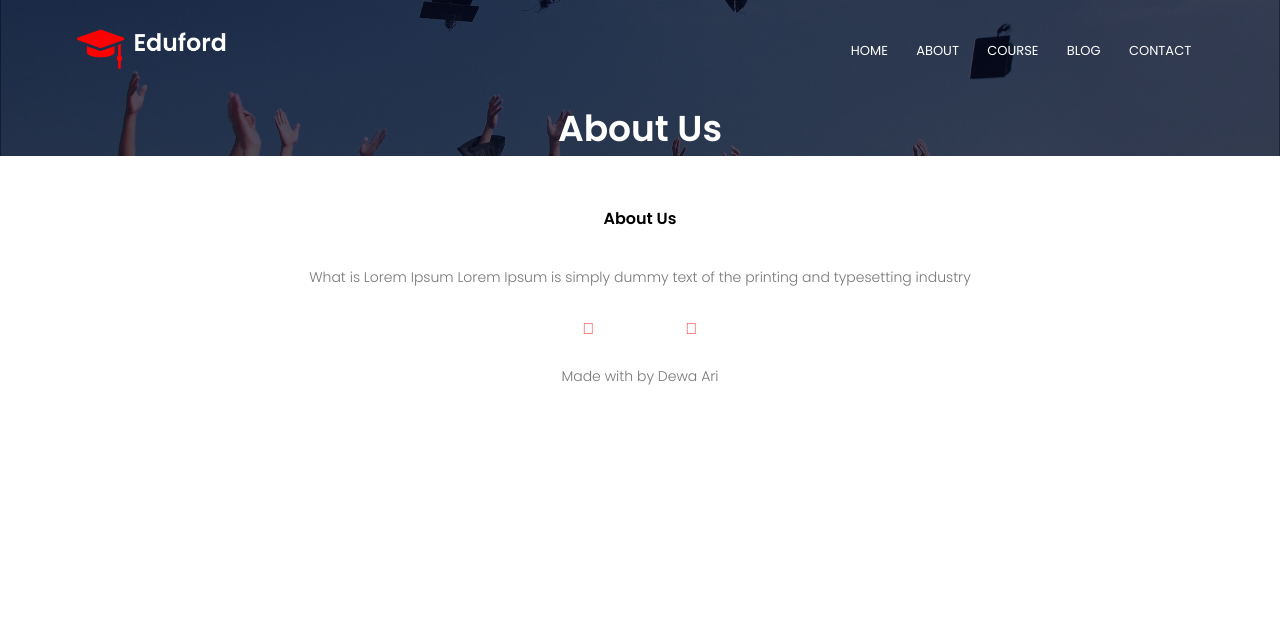
Repository: dewaary/company-profile
Page: about.html
An editor plug-in stored every save of this project. The page is shown before and after the next save, followed by the edit.
The browser window is 1280 px wide. The pictures show the whole page.

Above is the page before, as saved 2021-05-07 23:17:28.

### about.html
<!DOCTYPE html>
<html lang="en">

<head>
    <meta charset="UTF-8" />
    <meta http-equiv="X-UA-Compatible" content="IE=edge" />
    <meta name="viewport" content="width=device-width, initial-scale=1.0" />
    <title>University Website Design</title>
    <link rel="stylesheet" href="style.css" />
    <link rel="preconnect" href="https://fonts.gstatic.com" />
    <link href="https://fonts.googleapis.com/css2?family=Poppins:wght@200;300;400;600;700&display=swap"
        rel="stylesheet" />
    <link rel="stylesheet"
        href="https://cdn.jsdelivr.net/npm/@fortawesome/fontawesome-free@5.15.3/css/fontawesome.min.css" />
</head>

<body>
    <section class="sub-header">
        <nav>
            <a href="index.html"><img src="images/logo.png" /></a>
            <div class="nav-links" id="navLinks">
                <i class="fa fa-times" onclick="hideMenu()"></i>
                <ul>
                    <li><a href="">HOME</a></li>
                    <li><a href="">ABOUT</a></li>
                    <li><a href="">COURSE</a></li>
                    <li><a href="">BLOG</a></li>
                    <li><a href="">CONTACT</a></li>
                </ul>
            </div>
            <i class="fa fa-bars" onclick="showMenu()"></i>
        </nav>
        <h1>About Us</h1>
    </section>



    <section class="footer">
        <h4>About Us</h4>
        <p>
            What is Lorem Ipsum Lorem Ipsum is simply dummy text of the printing and
            typesetting industry
        </p>
        <div class="icons">
            <i class="fa fa-facebook"></i>
            <i class="fa fa-Twitter"></i>
            <i class="fa fa-Instagram"></i>
            <i class="fa fa-linkedin"></i>
        </div>
        <p>Made with <i class="fa fa-heart-0"></i>by Dewa Ari</p>
    </section>

    <!---- Javascript for Toggle Menu ---->
    <script>
        var navLinks = document.getElementById("navLinks");

        function showMenu() {
            navLinks.style.right = "0";
        }
        function hideMenu() {
            navLinks.style.right = "-200px";
        }
    </script>
</body>

</html>

### style.css
* {
  margin: 0;
  padding: 0;
  font-family: "Poppins", sans-serif;
}

.header {
  min-height: 100vh;
  width: 100%;
  background-image: linear-gradient(rgba(4, 9, 30, 0.7), rgba(4, 9, 30, 0.7)),
    url(images/banner.png);
  background-position: center;
  background-size: cover;
  position: relative;
}

nav {
  display: flex;
  padding: 2% 6%;
  justify-content: space-between;
  align-items: center;
}

nav img {
  width: 150px;
}

.nav-links {
  flex: 1;
  text-align: right;
}

.nav-links ul li {
  list-style: none;
  display: inline-block;
  padding: 8px 12px;
  position: relative;
}

.nav-links ul li a {
  color: #fff;
  text-decoration: none;
  font-size: 13px;
}

.nav-links ul li::after {
  content: "";
  width: 0%;
  height: 2px;
  background: #f44336;
  display: block;
  margin: auto;
  transition: 0.5s;
}

.nav-links ul li:hover::after {
  width: 100%;
}

.text-box {
  width: 90%;
  color: #fff;
  position: absolute;
  top: 50%;
  left: 50%;
  transform: translate(-50%, -50%);
  text-align: center;
}

.text-box h1 {
  font-size: 62px;
}

.text-box p {
  margin: 10px 0 40px;
  font-size: 14px;
  color: #fff;
}

.hero-btn {
  display: inline-block;
  text-decoration: none;
  color: #fff;
  border: 1px solid #fff;
  padding: 12px 34px;
  font-size: 13px;
  background: transparent;
  position: relative;
  cursor: pointer;
}

.hero-btn:hover {
  border: 1px solid #f44336;
  background: #f44336;
  transition: 1s;
}

nav .fa {
  display: none;
}

@media (max-width: 700px) {
  .text-box h1 {
    font-size: 20px;
  }

  .nav-links ul li {
    display: block;
  }
  .nav-links {
    position: absolute;
    background: #f44336;
    height: 100vh;
    width: 200px;
    top: 0;
    right: -200px;
    text-align: left;
    z-index: 2;
    transition: 1s;
  }

  nav .fa {
    display: block;
    color: #fff;
    margin: 10px;
    font-size: 22px;
    cursor: pointer;
  }

  .nav-links ul {
    padding: 30px;
  }
}

/*---- Course ------ */

.course {
  width: 80%;
  margin: auto;
  text-align: center;
  padding-top: 100px;
}

h1 {
  font-size: 36px;
  font-weight: 600;
}

p {
  color: #777;
  font-size: 14px;
  font-weight: 300;
  line-height: 22px;
  padding: 10px;
}

.row {
  margin-top: 5%;
  display: flex;
  justify-content: space-between;
}

.course-col {
  flex-basis: 31%;
  background: #fff3f3;
  border-radius: 10px;
  margin-bottom: 5%;
  padding: 20px 12px;
  box-sizing: border-box;
  transition: 0.5s;
}

h3 {
  text-align: center;
  font-weight: 600;
  margin: 10px 0;
}

.course-col:hover {
  box-shadow: 0 0 20px 0px rgba(0, 0, 0, 0.2);
}

@media (max-width: 700px) {
  .row {
    flex-direction: column;
  }
}

.campus {
  width: 80%;
  margin: auto;
  text-align: center;
  padding-top: 50px;
}

.campus-col {
  flex-basis: 32%;
  border-radius: 10px;
  margin-bottom: 30px;
  position: relative;
  overflow: hidden;
}
.campus-col img {
  width: 100%;
  display: block;
}

.layer {
  background: transparent;
  height: 100%;
  width: 100%;
  position: absolute;
  top: 0;
  left: 0;
  transition: 0.5s;
}

.layer:hover {
  background: rgba(226, 0, 0, 0.7);
}

.layer h3 {
  width: 100%;
  font-weight: 500;
  color: #fff;
  font-size: 26px;
  bottom: 0;
  left: 50%;
  transform: translateX(-50%);
  position: absolute;
  transition: 0.5s;
}

.layer:hover h3 {
  bottom: 49%;
  opacity: 1;
}

.facilities {
  width: 80%;
  margin: auto;
  text-align: center;
  padding-top: 100px;
}

.facilities-col {
  flex-basis: 31%;
  border-radius: 10px;
  margin-bottom: 5%;
  text-align: left;
}

.facilities-col img {
  width: 100%;
  border-radius: 10px;
}

.facilities-col p {
  padding: 0%;
}

.facilities-col h3 {
  margin-top: 16px;
  margin-bottom: 15px;
  text-align: left;
}

.testimonials {
  width: 80%;
  margin: auto;
  padding-top: 100px;
  text-align: center;
}

.testimonials-col {
  flex-basis: 44%;
  border-radius: 10px;
  margin-bottom: 5%;
  text-align: left;
  background: #fff3f3;
  padding: 25px;
  cursor: pointer;
  display: flex;
}

.testimonials-col img {
  height: 40px;
  margin-left: 5px;
  margin-right: 30px;
  border-radius: 50%;
}

.testimonials-col p {
  padding: 0;
}

.testimonials-col h3 {
  margin-top: 15px;
  text-align: left;
}

.testimonials-col .fa {
  color: #f44336;
}

@media (max-width: 700px) {
  .testimonials-col img {
    margin-left: 0px;
    margin-right: 15px;
  }
}

.cta {
  margin: 100px auto;
  width: 80%;
  background-image: linear-gradient(rgba(0, 0, 0, 0.7), rgba(0, 0, 0, 0.7)),
    url(images/banner2.jpg);
  background-position: center;
  background-size: cover;
  border-radius: 10px;
  text-align: center;
  padding: 100px 0;
}

.cta h1 {
  color: #fff;
  margin-bottom: 40px;
  padding: 0;
}

@media (max-width: 700px) {
  .cta h1 {
    font-size: 20px;
  }
}

.footer {
  width: 100%;
  text-align: center;
  padding: 30px 0;
}

.footer h4 {
  margin-bottom: 25px;
  margin-top: 20px;
  font-weight: 600;
}

.icons .fa {
  color: #f44336;
  margin: 0 13px;
  cursor: pointer;
  padding: 18px 0;
}

.fa-heart-0 {
  color: #f44336;
}

/*--------- About Us Page --------- */

.sub-header {
  height: 50v;
  width: 100%;
  background-image: linear-gradient(rgba(4, 9, 30, 0.7), rgba(4, 9, 30, 0.7)),
    url(images/background.jpg);
  background-position: center;
  background-size: cover;
  text-align: center;
  color: #fff;
}

After the next save:
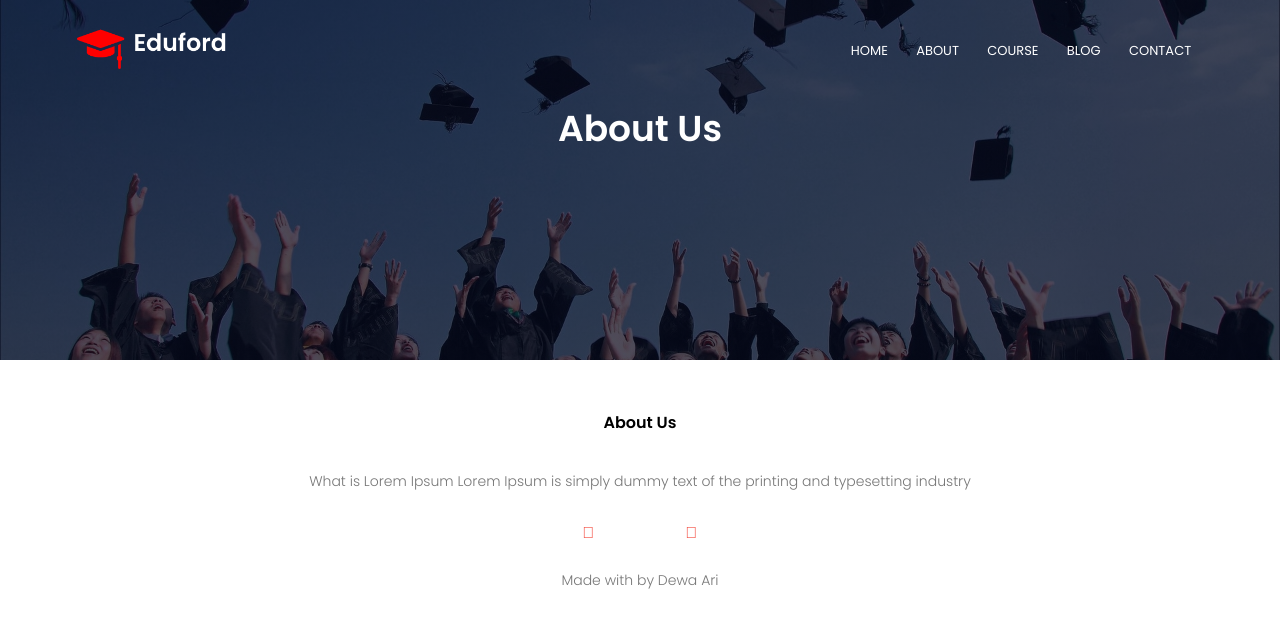
Saved 90 s later.
--- a/style.css
+++ b/style.css
@@ -360,7 +360,7 @@ h3 {
 /*--------- About Us Page --------- */
 
 .sub-header {
-  height: 50v;
+  height: 50vh;
   width: 100%;
   background-image: linear-gradient(rgba(4, 9, 30, 0.7), rgba(4, 9, 30, 0.7)),
     url(images/background.jpg);
